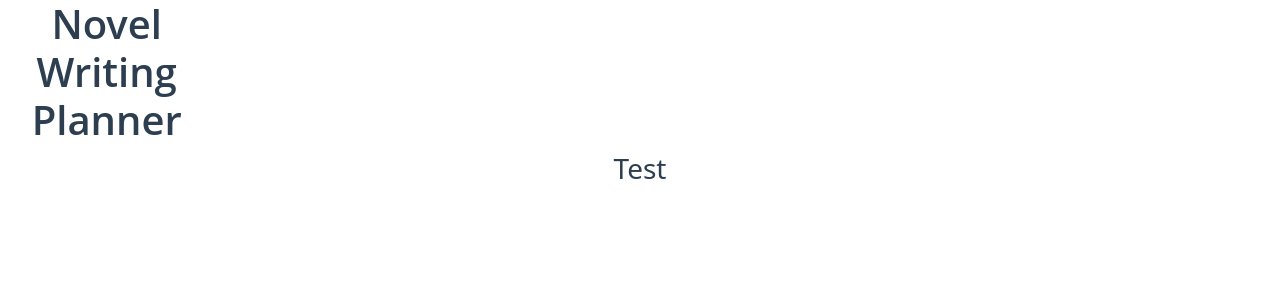
Repository: GossipCoco/RallyeBookV2
Page: /
The author's editor kept a copy of each file at every save. The page is drawn from the files as they stood at one save, then again after the next save.
The browser window is 1280 px wide. The pictures show the whole page.
The page's requests for data from a server got no answer. The project was rebuilt for these pictures with package versions that can differ from the ones it lists, and the page was loaded fresh each time. No one was signed in, and anything a server would have sent is missing. Also part of the build but not shown: vue.config.js, src/api/JwTApi.js, server.js, src/components/PageComponent/Login.vue.

Above is the page before, as saved 2023-12-11 15:32:55.

After the next save:
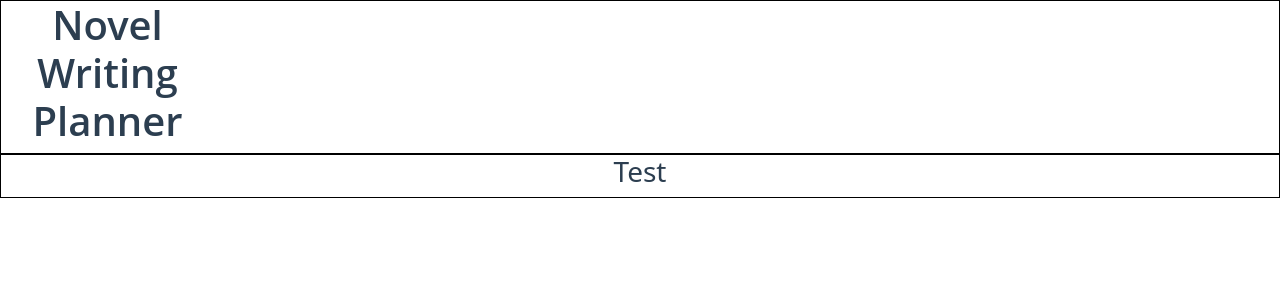
Saved 22 s later.
--- a/src/assets/css/Layout.css
+++ b/src/assets/css/Layout.css
@@ -23,6 +23,6 @@ h1{
     font-family: var(--opensans-text);
     font-weight: 600;
 }
-row{
+.row{
     border: 1px solid rgba(var(--main-black), 1);
 }
